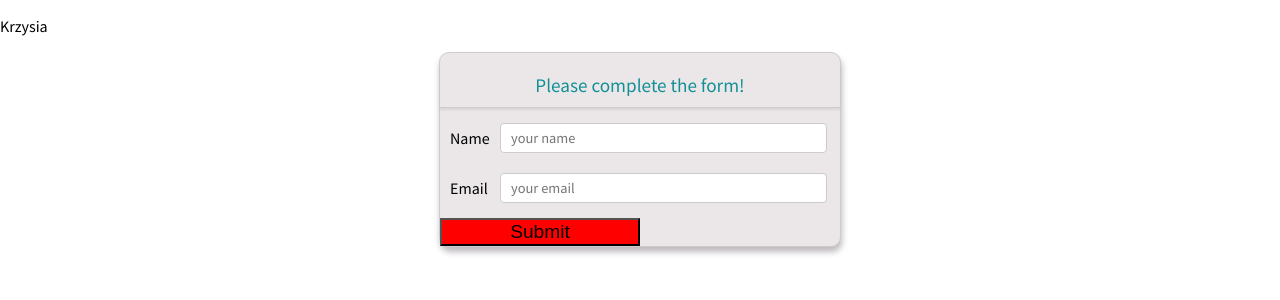
Repository: KrzysKolo/sr_tydzien4_zad2
Page: /
An editor plug-in stored every save of this project. The page is shown before and after the next save, followed by the edit.
The browser window is 1280 px wide. The pictures show the whole page.
The project was rebuilt for these pictures with package versions that can differ from the ones it lists, and the page was loaded fresh each time. Also part of the build but not shown: src/components/formComponents/ErrorMessage.js.

Above is the page before, as saved 2020-11-27 17:03:45.

After the next save:
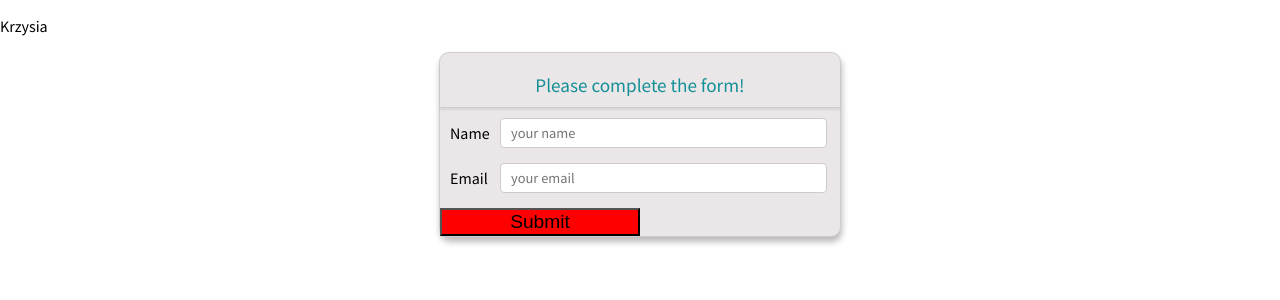
Saved 18 s later.
--- a/src/components/formComponents/Input.js
+++ b/src/components/formComponents/Input.js
@@ -6,7 +6,7 @@ const InputDiv = styled.div`
     flex-direction: row;
     align-content: center;
     margin: 5px auto;
-    padding-top: 5px;
+
 `;
 const InputLabel = styled.label`
     width: 10%;
